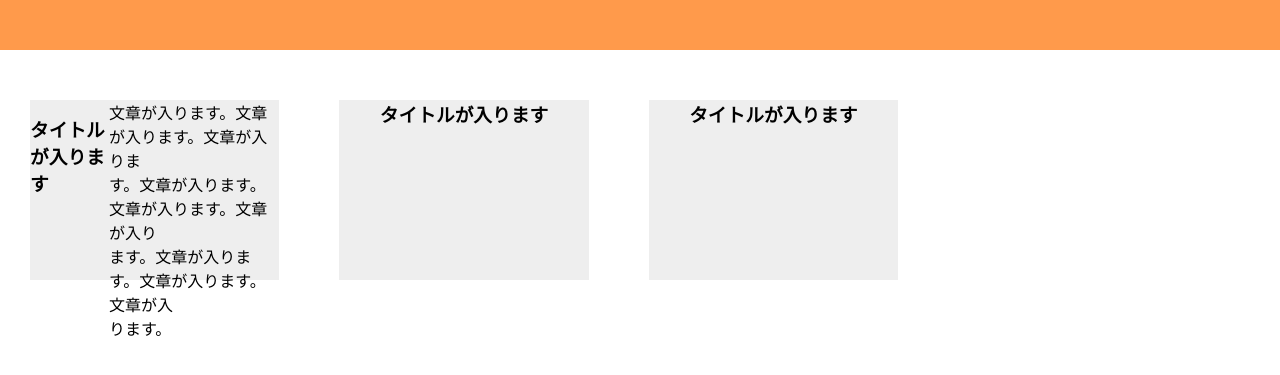
Repository: yesohnuki/shinya-ohnuki
Page: caravan/10.html
The author's editor kept a record of every edit. The page is drawn from the files as they stood at one moment, then again after the next edit.
The browser window is 1280 px wide. The pictures show the whole page.

Above is the page before.

After the next edit:
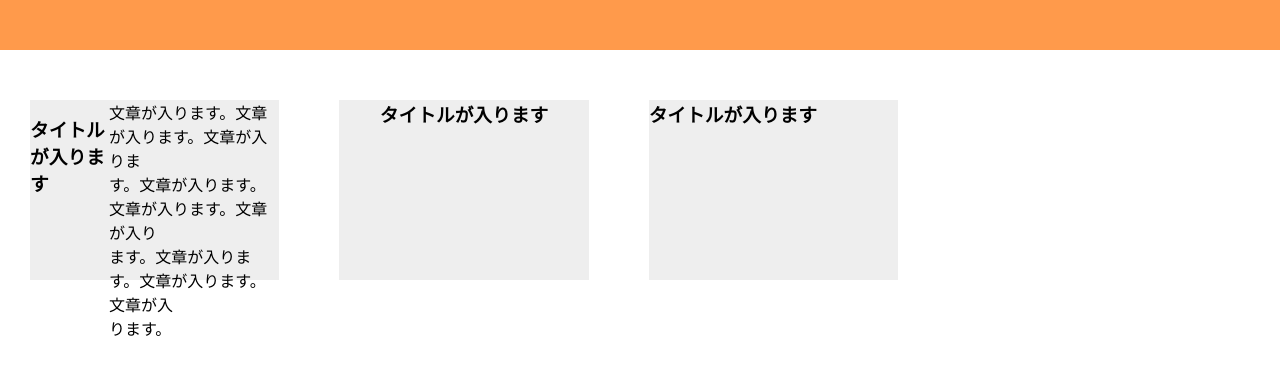
The edit:
--- a/caravan/10.css
+++ b/caravan/10.css
@@ -52,8 +52,6 @@
   height: 180px;
   width: 300px;
   background-color: #EEEEEE;
-  display: flex; /* Flexboxの利用 */
-  justify-content: center;
   margin-right: 30px; /* 領域の右側余白 */
   margin-left: 30px;
 }
